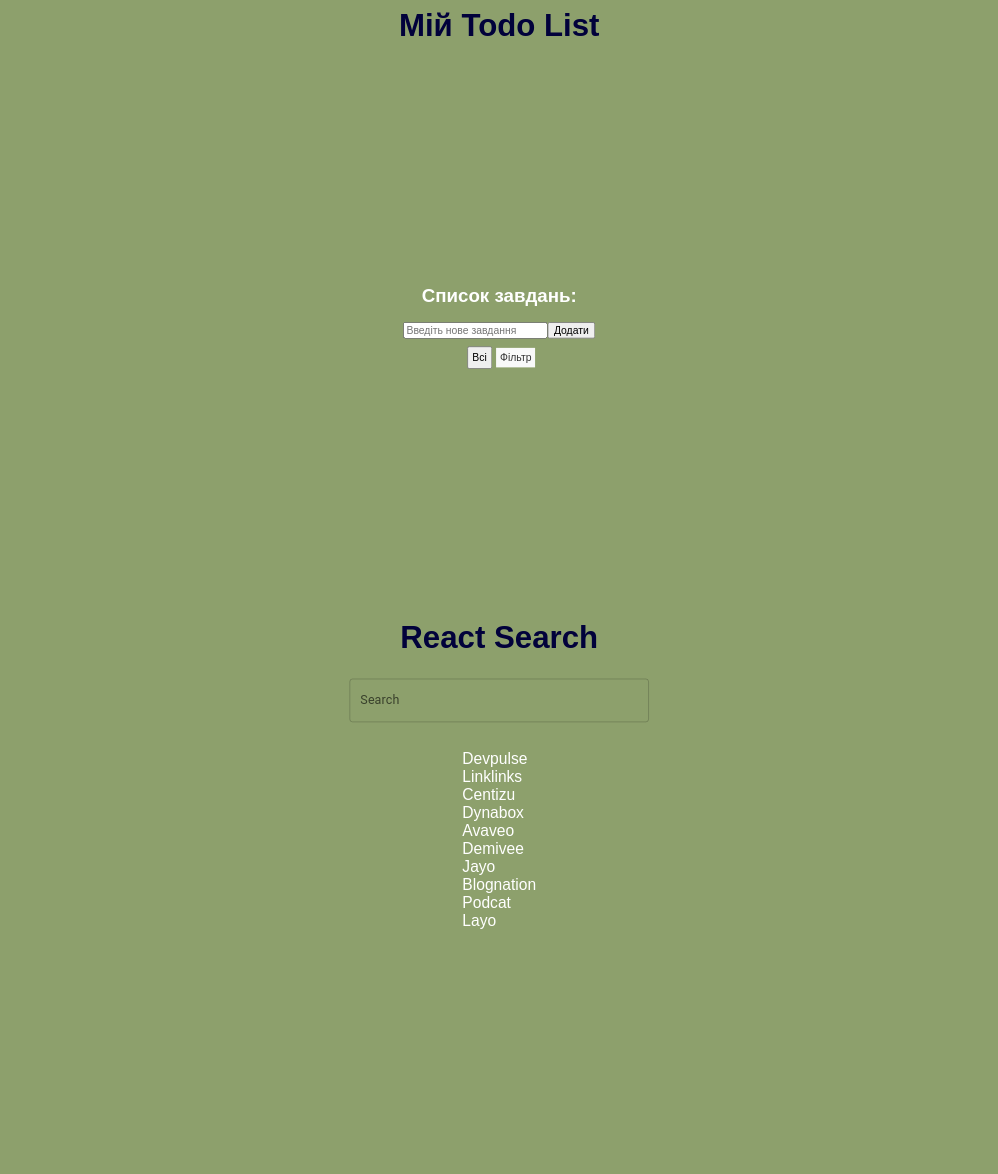
Repository: batonAnton/ToDoListReactNew
Page: /
These files come from the project's save history. The page is drawn as it stood at one moment and after the next save; the edit follows.
The browser window is 1280 px wide. The pictures show the whole page, at 78% of full size.
The project was rebuilt for these pictures with package versions that can differ from the ones it lists, and the page was loaded fresh each time. Also part of the build but not shown: src/components/TodoItem.js.

Above is the page before, as saved 2023-12-04 12:30:59.

After the next save:
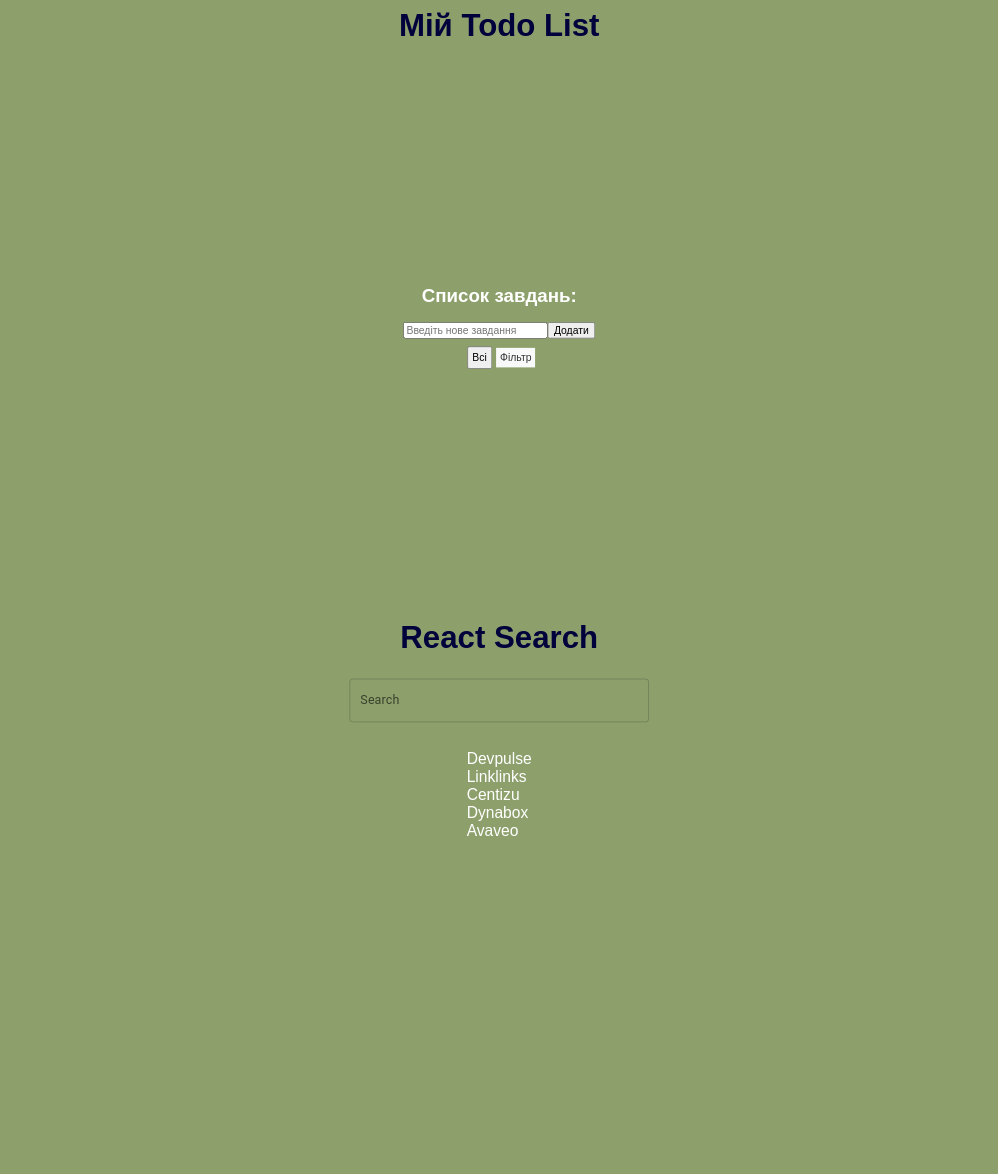
Saved 2 min 15 s later.
--- a/src/components/ListData.json
+++ b/src/components/ListData.json
@@ -13,19 +13,4 @@
 }, {
     "id": 5,
     "text": "Avaveo"
-}, {
-    "id": 6,
-    "text": "Demivee"
-}, {
-    "id": 7,
-    "text": "Jayo"
-}, {
-    "id": 8,
-    "text": "Blognation"
-}, {
-    "id": 9,
-    "text": "Podcat"
-}, {
-    "id": 10,
-    "text": "Layo"
-}]
+} ]
